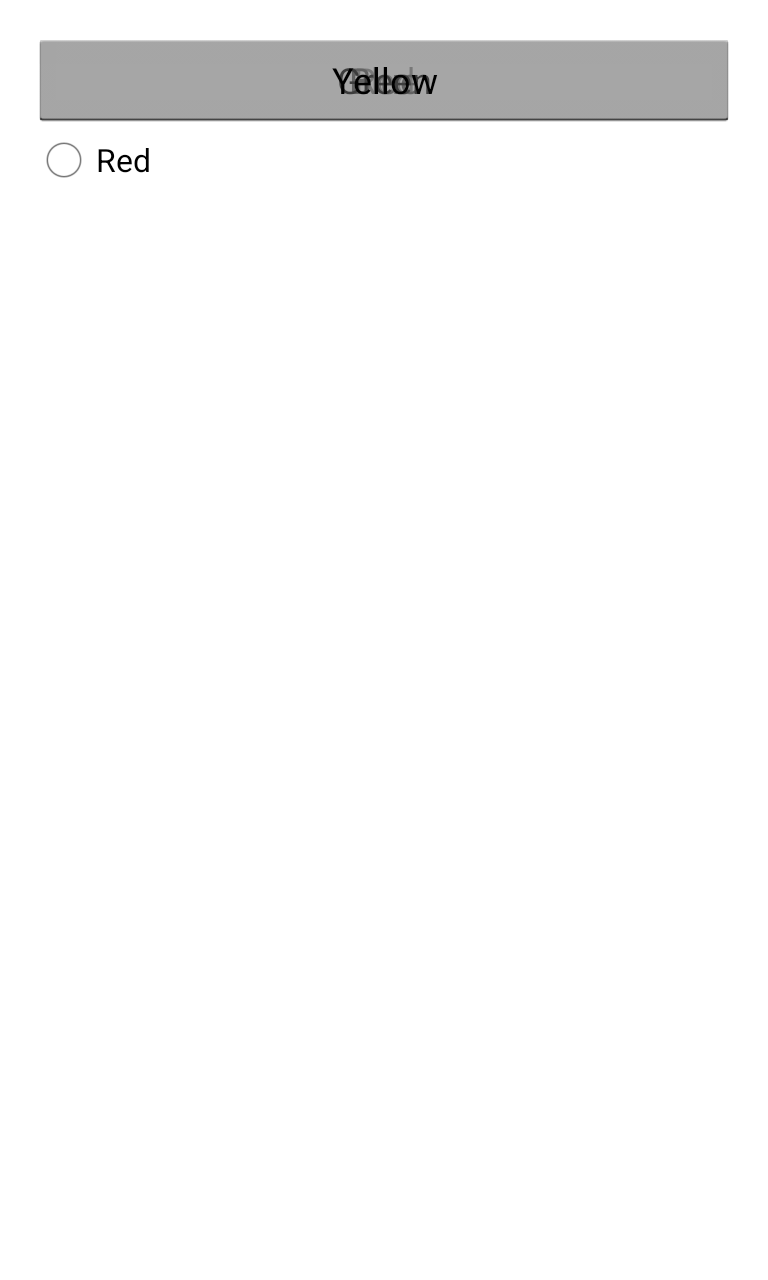
Repository: PatKelsh/IS-413
Layout: SimpleEvent/res/layout/activity_main.xml
These files come from the project's save history. The layout is drawn as it stood at one moment and after the next save; the edit follows.
It is drawn on a 768 x 1280 px phone screen (xhdpi) without system bars, with theme AppTheme; the app's code is not run.

Above is the layout before, as saved 2015-02-11 02:03:21.

### SimpleEvent/res/layout/activity_main.xml
<RelativeLayout xmlns:android="http://schemas.android.com/apk/res/android"
    xmlns:tools="http://schemas.android.com/tools"
    android:layout_width="match_parent"
    android:layout_height="match_parent"
    android:paddingBottom="@dimen/activity_vertical_margin"
    android:paddingLeft="@dimen/activity_horizontal_margin"
    android:paddingRight="@dimen/activity_horizontal_margin"
    android:paddingTop="@dimen/activity_vertical_margin"
    tools:context="com.example.simpleevent.MainActivity" >

    <Button
        android:id="@+id/button1"
        android:layout_height="wrap_content"
        android:layout_width="match_parent"
        android:text="@string/red_prompt"
        />
    <Button
        android:id="@+id/button2"
        android:layout_height="wrap_content"
        android:layout_width="match_parent"
        android:text="@string/blue_prompt"
        />
    <Button
        android:id="@+id/button3"
        android:layout_height="wrap_content"
        android:layout_width="match_parent"
        android:text="@string/green_prompt"
        />
    <Button
        android:id="@+id/button4"
        android:layout_height="wrap_content"
        android:layout_width="match_parent"
        android:text="@string/yellow_prompt"
        />

    <RadioGroup
        android:layout_width="match_parent"
        android:layout_height="match_parent"
        android:layout_below="@id/button4" >

        <RadioButton
            android:id="@+id/radio_button1"
            android:layout_height="wrap_content"
            android:layout_width="wrap_content"
            android:text="@string/red_prompt"
            />

    </RadioGroup>

</RelativeLayout>

### SimpleEvent/res/values/strings.xml
<?xml version="1.0" encoding="utf-8"?>
<resources>

    <string name="app_name">Simple Event</string>
    <string name="action_settings">Settings</string>
    <string name="red_prompt">Red</string>
    <string name="blue_prompt">Blue</string>
    <string name="green_prompt">Green</string>
    <string name="yellow_prompt">Yellow</string>

</resources>

Loaded but not shown: SimpleEvent/res/values/styles.xml (common file); SimpleEvent/res/values-v11/styles.xml (common file); SimpleEvent/res/values-v14/styles.xml (common file); SimpleEvent/res/values/dimens.xml (common file); SimpleEvent/res/values-w820dp/dimens.xml (common file)

After the next save:
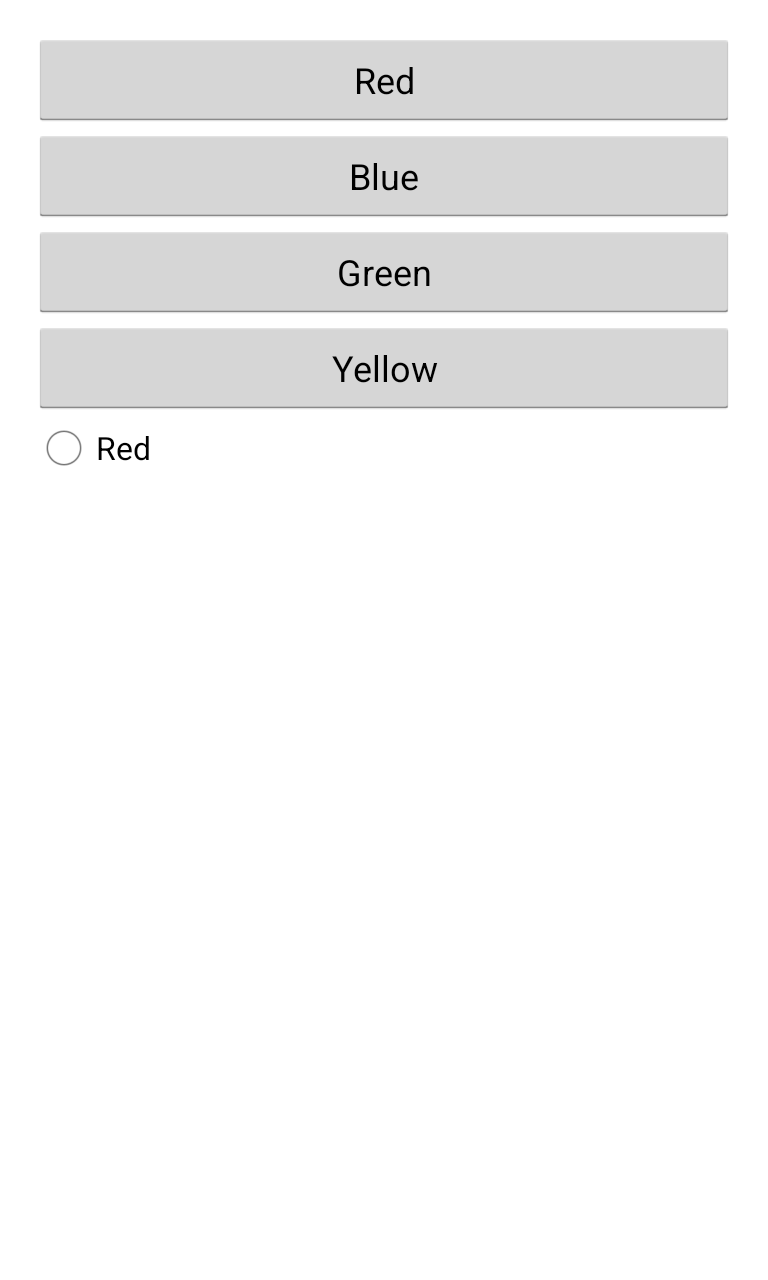
Saved 45 s later.
--- a/SimpleEvent/res/layout/activity_main.xml
+++ b/SimpleEvent/res/layout/activity_main.xml
@@ -19,18 +19,21 @@
         android:layout_height="wrap_content"
         android:layout_width="match_parent"
         android:text="@string/blue_prompt"
+        android:layout_below="@id/button1"
         />
     <Button
         android:id="@+id/button3"
         android:layout_height="wrap_content"
         android:layout_width="match_parent"
         android:text="@string/green_prompt"
+        android:layout_below="@id/button2"
         />
     <Button
         android:id="@+id/button4"
         android:layout_height="wrap_content"
         android:layout_width="match_parent"
         android:text="@string/yellow_prompt"
+        android:layout_below="@id/button3"
         />
 
     <RadioGroup
